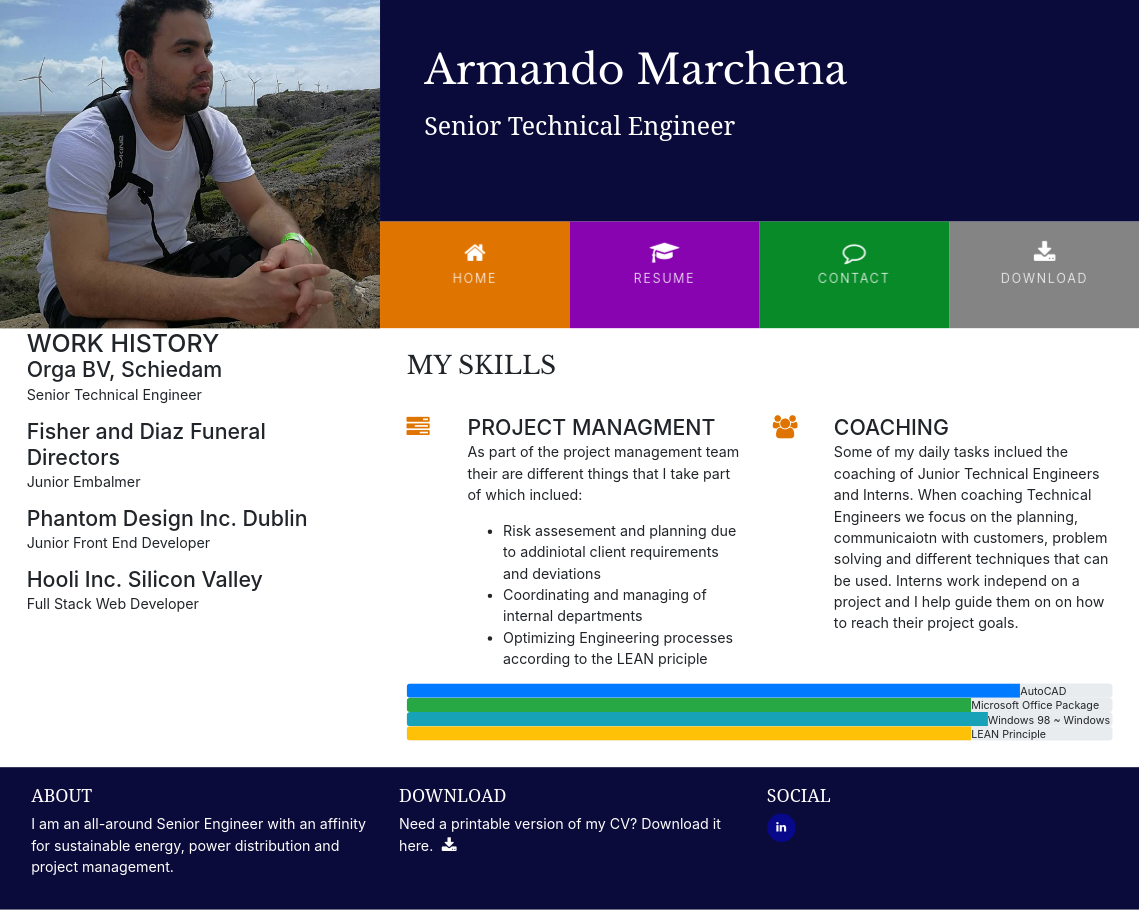
Repository: dugudugu/Resume-A-Marchena
Page: resume.html
The author's editor kept a record of every edit. The page is drawn from the files as they stood at one moment, then again after the next edit.
The browser window is 1280 px wide. The pictures show the whole page, at 89% of full size.

Above is the page before.

### resume.html
<!DOCTYPE html>
<html lang="en">

<head>
    <meta charset="UTF-8">
    <meta name="viewport" content="width=device-width, initial-scale=1.0">
    <meta http-equiv="X-UA-Compatible" content="ie=edge">
    <link rel="stylesheet" href="https://stackpath.bootstrapcdn.com/bootstrap/4.3.1/css/bootstrap.min.css" type="text/css" />
    <link rel="stylesheet" href="https://stackpath.bootstrapcdn.com/font-awesome/4.7.0/css/font-awesome.min.css" type="text/css" />
    <link rel="stylesheet" href="https://cdnjs.cloudflare.com/ajax/libs/hover.css/2.3.1/css/hover-min.css" type="text/css" />
    <link rel="stylesheet" href="assets/css/style.css" />
    <title>A. Marchena</title>
</head>

<body>

    <header>
        <div class="row no-gutters">
            <a href="index.html" class="col-md-4 logo"></a>

            <div class="col-md-8">
                <div class="row bg-color-name-title no-gutters">
                    <div class="col heading">
                        <h1 class="name"> Armando Marchena </h1>
                        <h2 class="title"> Senior Technical Engineer </h2>
                    </div>
                </div>

                <div class="row no-gutters">
                    <div class="col">
                        <ul id="nav" class="list-inline menucontainer">
                            <li class="col-6 col-sm-3 ui-menu-color-home list-inline-item menuitem">
                                <a href="#" class="hvr-sweep-to-bottom"><i class="fa fa-home" aria-hidden="true"></i><span>Home</span></a>
                            </li>
                            <li class="col-6 col-sm-3 ui-menu-color-resume list-inline-item menuitem">
                                <a href="#" class="hvr-sweep-to-bottom"><i class="fa fa-graduation-cap" aria-hidden="true"></i><span>Resume</span></a>
                            </li>
                            <li class="col-6 col-sm-3 ui-menu-color-contact list-inline-item menuitem">
                                <a href="#" class="hvr-sweep-to-bottom"><i class="fa fa-comment-o" aria-hidden="true"></i><span>Contact</span></a>
                            </li>
                            <li class="col-6 col-sm-3 ui-menu-color-download list-inline-item menuitem">
                                <a href="#" class="hvr-sweep-to-bottom"><i class="fa fa-download" aria-hidden="true"></i><span>Download</span></a>
                            </li>
                        </ul>
                    </div>
                </div>
            </div>
        </div>
    </header>

    <section class="container-fluid">
        <div class="row">
            <div class="col-md-4 bg-color-work-history section-column">
                <div class="row">

                    <div class="col-12">
                        <h3 class="history-heading uppercase">
                            Work History
                        </h3>
                    </div>
                </div>
                <div class="history-items">
                    <div class="timeline-item" data-dates="2012 - 2016">
                        <h4>Orga BV, Schiedam</h4>
                        <p>Senior Technical Engineer</p>
                    </div>
                    <div class="timeline-item" data-dates="04/2004 - 06/2008">
                        <h4>Fisher and Diaz Funeral Directors</h4>
                        <p>Junior Embalmer</p>
                    </div>
                    <div class="timeline-item" data-dates="06/2008 - 06/2011">
                        <h4>Phantom Design Inc. Dublin</h4>
                        <p>Junior Front End Developer</p>
                    </div>
                    <div class="timeline-item" data-dates="06/2011 - Present">
                        <h4>Hooli Inc. Silicon Valley</h4>
                        <p>Full Stack Web Developer</p>
                    </div>
                </div>

            </div>
            <div class="col-md-8 bg-color-three-reasons section-column">

                <div class="row">
                    <div class="col">
                        <h3 class="section-heading uppercase">My Skills</h3>
                    </div>
                </div>

                <div class="row">
                    <div class="col-10 offset-1 offset-sm-0 col-sm-4 col-md-6">
                        <div class="row">
                            <div class="col-2">
                                <i class="three-reasons-icon fa fa-tasks" aria-hidden="true"></i>
                            </div>
                            <div class="col-10">
                                <h4 class="three-reasons-heading uppercase">Project Managment</h4>
                                <p>
                                    As part of the project management team their are different things that I take part of which inclued:
                                    <ul>
                                        <li>Risk assesement and planning due to addiniotal client requirements and deviations</li>
                                        <li>Coordinating and managing of internal departments</li>
                                        <li>Optimizing Engineering processes according to the LEAN priciple</li>
                                    </ul>
                                </p>
                            </div>
                        </div>
                    </div>

                    <div class="col-10 offset-1 offset-sm-0 col-sm-4 col-md-6">
                        <div class="row">
                            <div class="col-2">
                                <i class="three-reasons-icon fa fa-users" aria-hidden="true"></i>
                            </div>
                            <div class="col-10">
                                <h4 class="three-reasons-heading uppercase">Coaching</h4>
                                <p>
                                    Some of my daily tasks inclued the coaching of Junior Technical Engineers and Interns. When coaching Technical Engineers we focus on the planning, communicaiotn with customers, problem solving and different techniques that can be used. Interns work independ
                                    on a project and I help guide them on on how to reach their project goals.
                                </p>
                            </div>
                        </div>
                    </div>

                </div>

                <div class="row progress-section">
                    <div class="col">
                        <div class="progress">
                            <div class="progress-bar" role="progressbar" aria-valuenow="90" aria-valuemin="0" aria-valuemax="100" style="width:90%;">
                                <span class="sr-only">90% complete</span>
                            </div>
                            <span class="progress-type">AutoCAD Electrical</span>
                        </div>
                        <div class="progress">
                            <div class="progress-bar bg-success" role="progressbar" aria-valuenow="80" aria-valuemin="0" aria-valuemax="100" style="width:80%;">
                                <span class="sr-only">80% complete</span>
                            </div>
                            <span class="progress-type">Microsoft Office Package</span>
                        </div>
                        <div class="progress">
                            <div class="progress-bar bg-info" role="progressbar" aria-valuenow="90" aria-valuemin="0" aria-valuemax="100" style="width:90%;">
                                <span class="sr-only">90% complete</span>
                            </div>
                            <span class="progress-type">Windows 98 ~ Windows 10</span>
                        </div>
                        <div class="progress">
                            <div class="progress-bar bg-warning" role="progressbar" aria-valuenow="80" aria-valuemin="0" aria-valuemax="100" style="width:80%;">
                                <span class="sr-only">80% complete</span>
                            </div>
                            <span class="progress-type">LEAN Principle</span>
                        </div>
                    </div>
                </div>
            </div>
        </div>



    </section>

    <footer class="container-fluid">
        <div id="footer-details" class="row">
            <div class="col-sm-4">
                <h5 class="uppercase general-sub">About</h5>
                <p class="inline-block">
                    I am an all-around Senior Engineer with an affinity for sustainable energy, power distribution and project management.
                </p>
            </div>
            <div class="col-sm-4">
                <h5 class="uppercase general-sub">Download</h5>
                <p class="inline-block">
                    Need a printable version of my CV? Download it here.
                    <a href="#" target="_blank" class="cv-pdf">
                        <i class="fa fa-download" aria-hidden="true"></i>
                        <span class="sr-only">Download link.</span>
                        </a>
                </p>
            </div>
            <div class="col-sm-4">
                <h5 class="uppercase general-sub">Social</h5>
                <ul class="list-inline social-links">
                    <li class="list-inline-item">
                        <a target="_blank" href="#">
                            <i class="fa fa-linkedin" aria-hidden="true"></i>
                        <span class="sr-only">LinkedIn</span>
                        </a>
                    </li>
                </ul>
            </div>
        </div>
    </footer>


</body>


</html>

### assets/css/style.css
@import url('https://fonts.googleapis.com/css?family=Noto+Serif:100,200,300,400,500,600,700|Libre+Baskerville:100,200,300,400,500,600,700');

/*------------------------------------------Colors */

.bg-color-name-title {
    background-color: #0B0B3B;
}

.bg-color-three-reasons {
    background-color: #fff;
}

.bg-color-personal-info {
    background-color: #f4f4f4;
}

.ui-menu-color-home {
    background-color: #DF7401;
}

.ui-menu-color-resume {
    background-color: #8904B1;
}

.ui-menu-color-contact {
    background-color: #088A29;
}

.ui-menu-color-download {
    background-color: #848484;
}


/*------------------------------------------Special  */

h1,
h2,
h3,
h4 {
    margin: 0;
}

.uppercase {
    text-transform:uppercase;
}

.general-sub {
    font-family:"Noto Serif", sans-serif;
    font-weight:300;
    color: #fff;
}

.inline-block {
    display:inline-block;
}

.row-table {
    display: table;
}

.section-column {
    display: table-cell;
    padding:0 30px 30px;
    float: none;
}

.section-heading {
    font-family: "Libre Baskerville";
    font-weight: 300;
    margin-top: 25px;
    margin-bottom: 40px;
}

/*------------------------------------------Heading */

header {
    margin: 0;

}

.heading {
    margin-left: 50px;
}

.logo {
    background: url("../images/A. Marchena.jpg");
    background-position: center;
    background-repeat: no-repeat;
    background-size: cover;
    min-height: 360px;
    transition: all .5s ease-in-out;
    -moz-transition: all .5s ease-in-out;
    -webkit-transition: all .5s ease-in-out;
}

.name {
    font-family: "Libre Baskerville", Noto Serif;
    font-weight: 200;
    font-size: 46px;
    margin-top: 50px;
    color: #fff;
}

.title {
    font-family: "Noto Serif", sans-serif;
    font-weight: 100;
    font-size: 28px;
    margin-top: 20px;
    margin-bottom: 90px;
    color: #fff;
}

.list-inline-item:not(:last-child) {
    margin: 0;
}

.menucontainer {
    font-size: 0;
}

#nav {
    margin: 0;
}

#nav li {
    font-size: 14px;
    padding: 0;
}

.menuitem {
    height: 120px;
    text-align: center;
    padding: 0;
}

.menuitem a {
    width: 100%;
    text-decoration: none;
    color: #fff;
    height: 120px;
}

.menuitem a i {
    padding-top: 22px;
    display: block;
    color: #fff;
    font-size: 26px;
}

.menuitem span {
    display: block;
    width: 100%;
    padding-top: 5px;
    text-align: center;
    text-transform: uppercase;
    font-size: 14px;
    font-weight: 300;
    letter-spacing: 2px;
}


/*------------------------------------------Hover.css */

.hvr-sweep-to-bottom:before {
    background-color: rgba(0, 0, 0, 0.2);
    height: 120px;
}


/*------------------------------------------Three reasons.css */

.three-reasons-icon {
    font-size: 26px;
    color: #DF7401;

}

.three-reasons-icon-heading {
    margin-bottom: 15px;
}


/*------------------------------------------Personal Info */

.personal-info-item {
    margin-bottom: 20px;
    display: block;
    clear: both;
}

.personal-info-item .key,
.personal-info-item .value {
    padding-right: 8px;
    display: inline-block;

}

.personal-info-item .key p,
.personal-info-item .value p {
    margin: 0;

}

.personal-info-item .key {
    width: 30%;
    margin-right: 21px;
    padding-top: 2px;
    vertical-align: top;
}

.personal-info-item .key p {
    font-weight: 700;
}

.personal-info-item .value {
    position: relative;
    width: 60%;
}



/*------------------------------------------Footer */

footer{
    background: #0B0B3B;
    color: #fff;
    min-height:120px;
    margin:0;
}

.cv-pdf i {
    font-size: 18px;
    color: #fafafa;
    text-align: center;
    padding-left: 5px;
    transition: all 0.35s ease-in-out;
    -moz-transition: all 0.35s ease-in-out;
    -webkit-transition: all 0.35s ease-in-out;
    -o-transition: all 0.35s ease-in-out;
}

.cv-pdf i:hover{
    color: #e84610;
}

.social-links {
    padding-bottom: 15px;
}

.social-links li a i {
    width: 32px;
    height: 32px;
    padding: 12px 0;
    border-radius: 50%;
    font-size: 13px;
    line-height: 7px;
    text-align: center;
    color: #fafafa;
    background-color: #08088A;
    transition: all 0.35s ease-in-out;
    -moz-transition: all 0.35s ease-in-out;
    -webkit-transition: all 0.35s ease-in-out;
    -o-transition: all 0.35s ease-in-out;
}

.social-links li a i:hover {
    background-color: #e84610;
}

#footer-details {
    padding: 20px;
}

After the next edit:
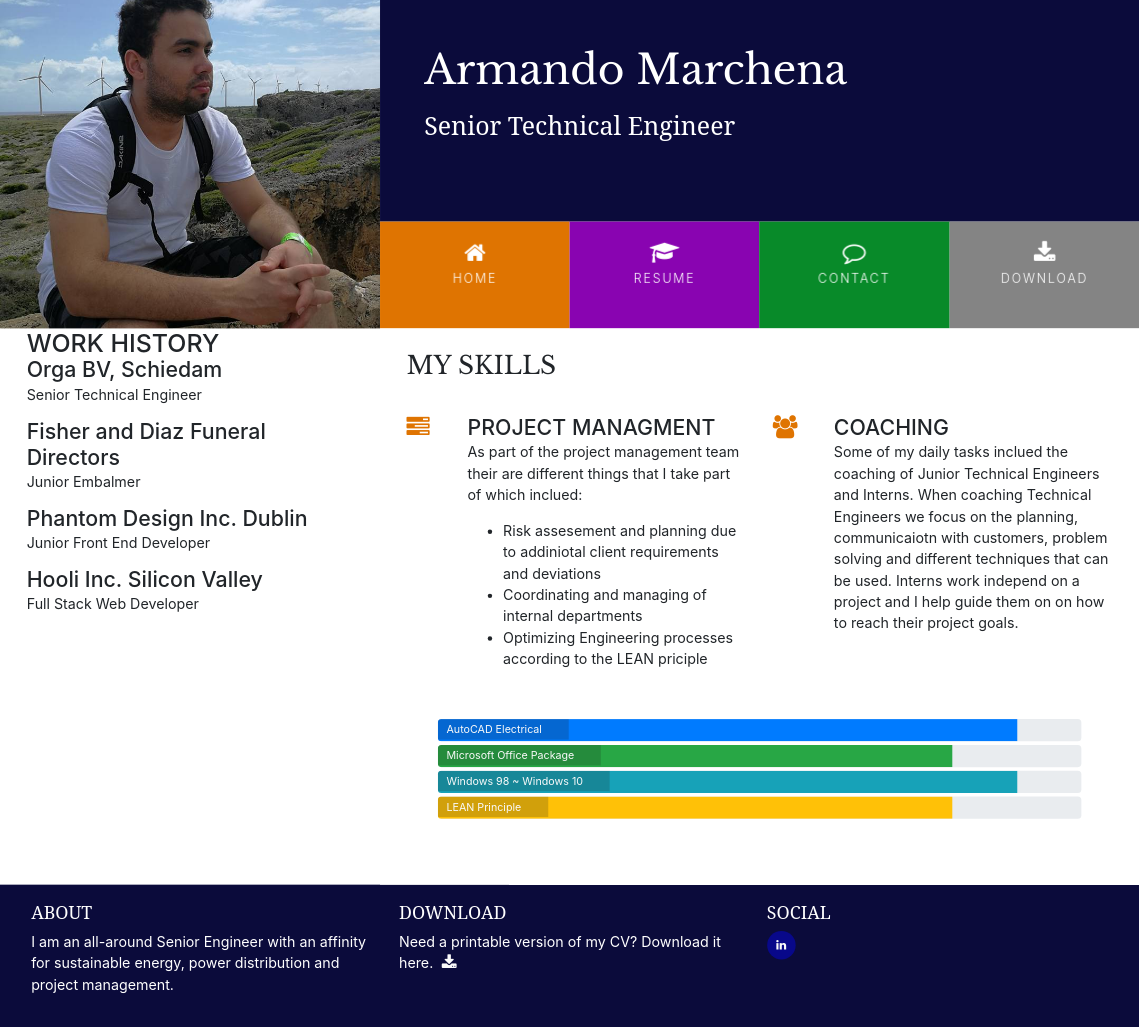
The edit:
--- a/assets/css/style.css
+++ b/assets/css/style.css
@@ -270,3 +270,26 @@
 #footer-details {
     padding: 20px;
 }
+
+
+/*------------------------------------------Skills */
+
+
+.progress {
+    position: relative;
+    height: 25px;
+    margin-bottom: 4px;
+}
+
+.progress-type {
+    position: absolute;
+    left: 0px;
+    font-weight: 400;
+    padding: 3px 30px 2px 10px;
+    color: #fafafa;
+    background-color: rgba(25, 25, 25, 0.2);
+}
+
+.progress-section {
+    margin: 40px 20px;
+}
